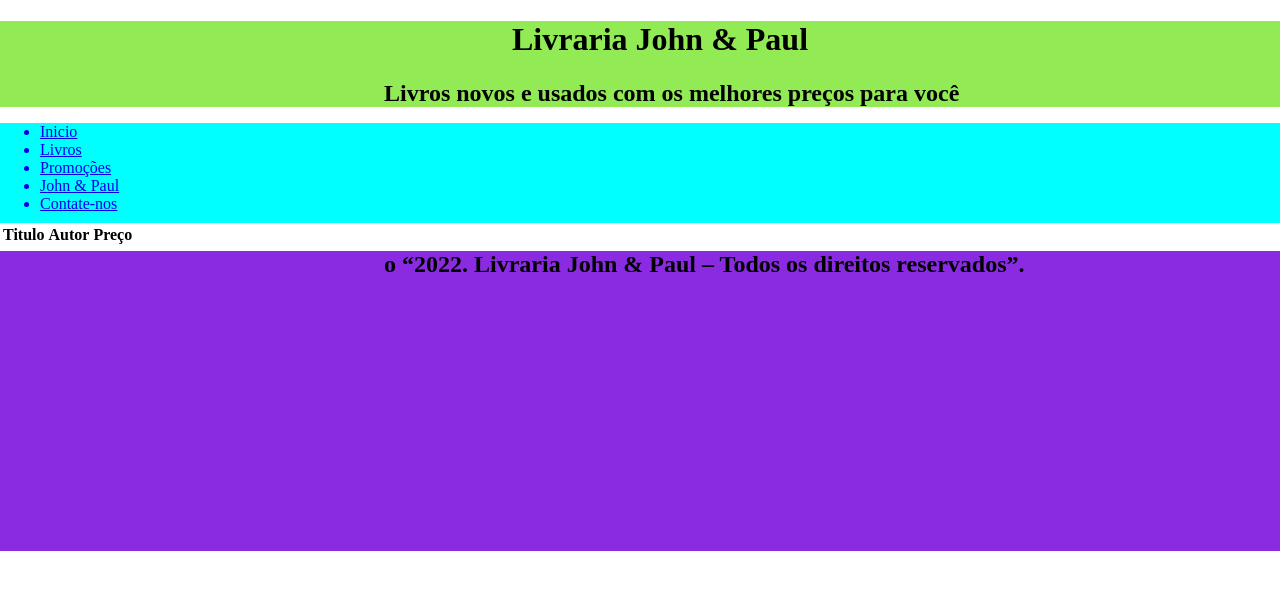
Repository: MarcoantonioCaldeira/Aprendizados-e-Conhecimentos
Page: Projeto-livraria/pages/produtos.html
The author's editor kept a copy of each file at every save. The page is drawn from the files as they stood at one save, then again after the next save.
The browser window is 1280 px wide. The pictures show the whole page.

Above is the page before, as saved 2022-05-25 13:43:49.

### Projeto-livraria/pages/produtos.html
<!DOCTYPE html>
<html lang="pt-BR">
    <head>
       <meta charset="utf-8">
       <link rel="stylesheet" href="../css/estilo.css">
       <title>Projeto livraria</title>
    </head>
    <body>
        <div id="topo">
            <h1>Livraria John & Paul</h1>
            <h2>Livros novos e usados com os melhores preços para você</h2>
        </div>

        <div id="menu">
            <ul>
                <a href="#"><li>Inicio</li></a>
                <a href="#"><li>Livros</li></a>
                <a href="#"><li>Promoções</li></a>
                <a href="pages/sobre.html"><li>John & Paul</li></a>
                <a href="#"><li>Contate-nos</li></a>
            </ul>
        </div>

        <div class="Sobre">

          <tbody>
            <table>
              <tr>
                <th>Titulo</th>
                <th>Autor</th>
                <th>Preço</th>
              </tr>
              <tr>
                <td></td>
                <td></td>
                <td></td>
              </tr>
            </table>
          </tbody>

        </div>
        <div id="rodape">
            <h2>o “2022. Livraria John & Paul – Todos os direitos reservados”.</h2>
        </div>
    </body>
</html>

### Projeto-livraria/css/estilo.css
body, body, h2{
    margin: 0;
    padding: 0;
}

#topo{
    width: 100%;
    height: 10%;
    background-color: rgba(120, 231, 45, 0.808);
}

#menu{
    background-color: aqua;
    width: 100%;
    height: 100px;
}

.destaques{
    background-color: rgb(21, 64, 204);
    width: 100%;
    height: 2500px;
}

h1{
    margin-left: 40%;
}

h2{
    margin-left: 30%;
}

#rodape{
    width: 100%;
    height: 300px;
    background-color: blueviolet;

}

After the next save:
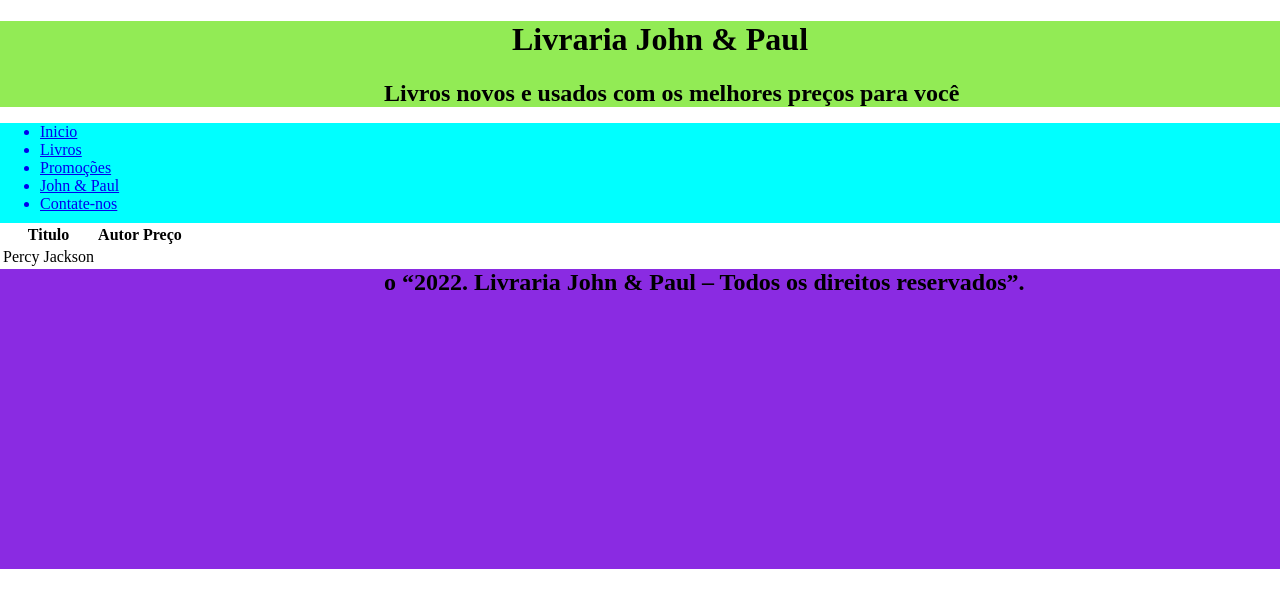
Saved 7 s later.
--- a/Projeto-livraria/pages/produtos.html
+++ b/Projeto-livraria/pages/produtos.html
@@ -31,7 +31,7 @@
                 <th>Preço</th>
               </tr>
               <tr>
-                <td></td>
+                <td>Percy Jackson</td>
                 <td></td>
                 <td></td>
               </tr>
